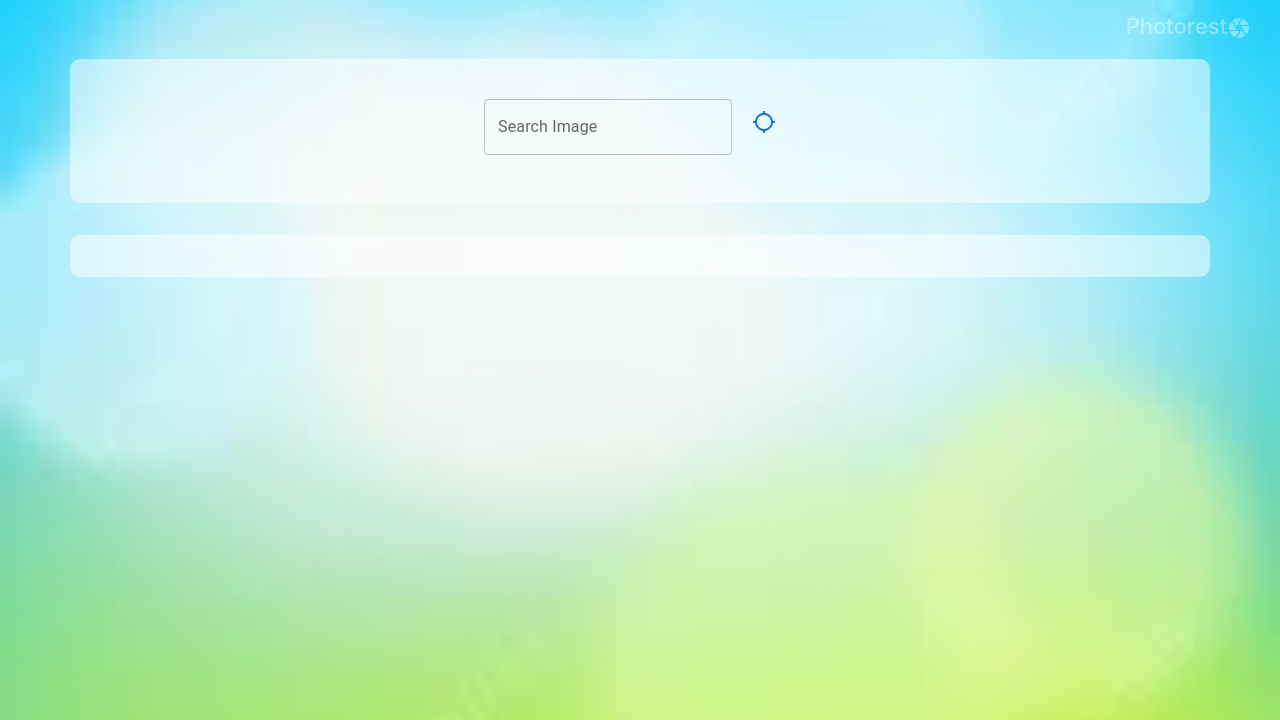
Repository: mohit78911/Snapshot
Page: /
The author's editor kept a copy of each file at every save. The page is drawn from the files as they stood at one save, then again after the next save.
The browser window is 1280 px wide. The pictures show the whole page.
The page's requests for data from a server got no answer. The project was rebuilt for these pictures with package versions that can differ from the ones it lists, and the page was loaded fresh each time. No one was signed in, and anything a server would have sent is missing. Also part of the build but not shown: src/snapshot/SnapshotCss.css, src/snapshot/SnapshotTable.js, src/snapshot/SearchBox.css.

Above is the page before, as saved 2023-09-01 16:24:26.

After the next save:
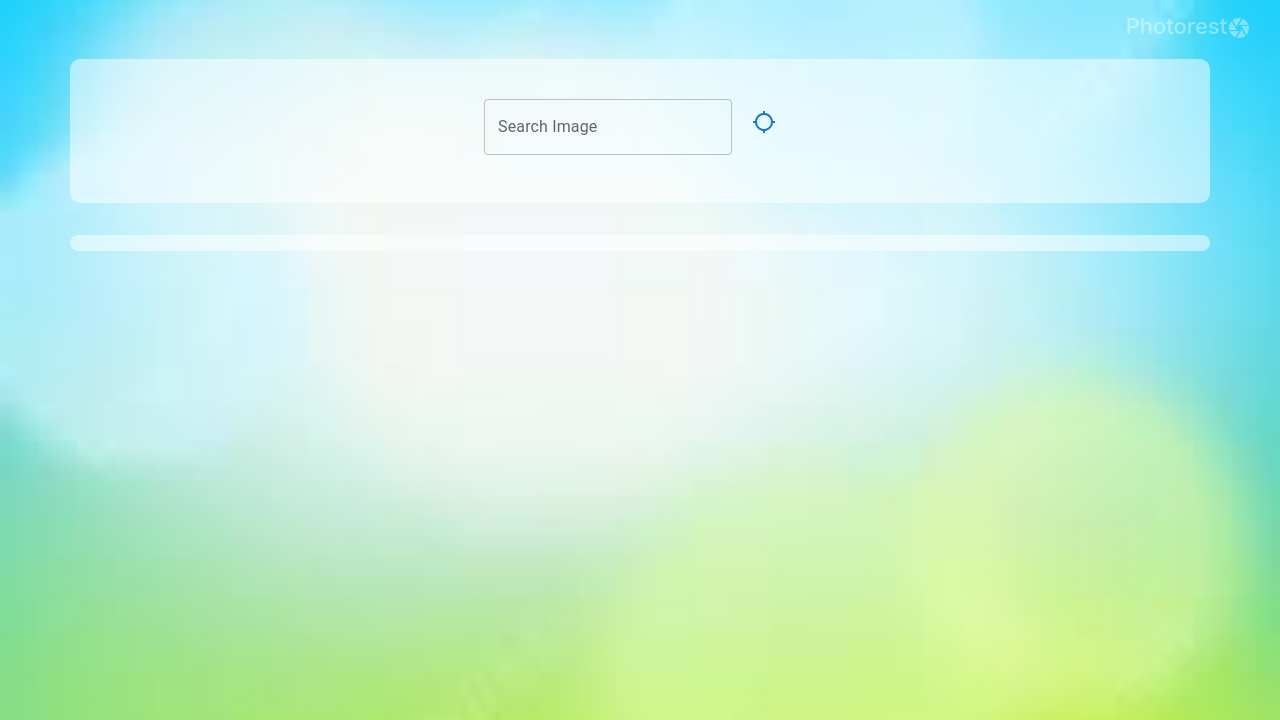
Saved 7 s later.
--- a/src/snapshot/Details.js
+++ b/src/snapshot/Details.js
@@ -18,7 +18,7 @@
     dataHandler();
   }, []);
   return (
-    <div className="imageContainer">
+    <div className=" ">
       {imageData.map((value) => {
         return <img className="round" src={value.image} width={150} />;
       })}

After the save that followed:
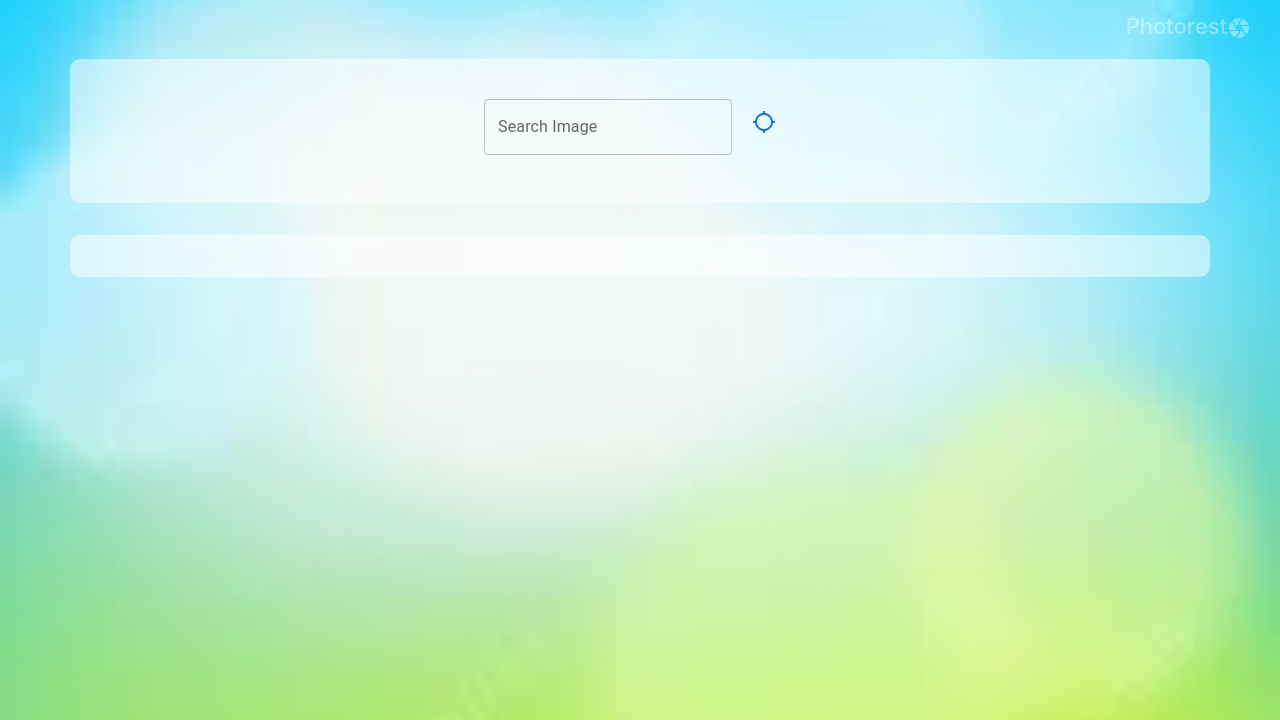
Saved 5 s later.
--- a/src/snapshot/Details.js
+++ b/src/snapshot/Details.js
@@ -18,7 +18,7 @@
     dataHandler();
   }, []);
   return (
-    <div className=" ">
+    <div className="imageContainer">
       {imageData.map((value) => {
         return <img className="round" src={value.image} width={150} />;
       })}
